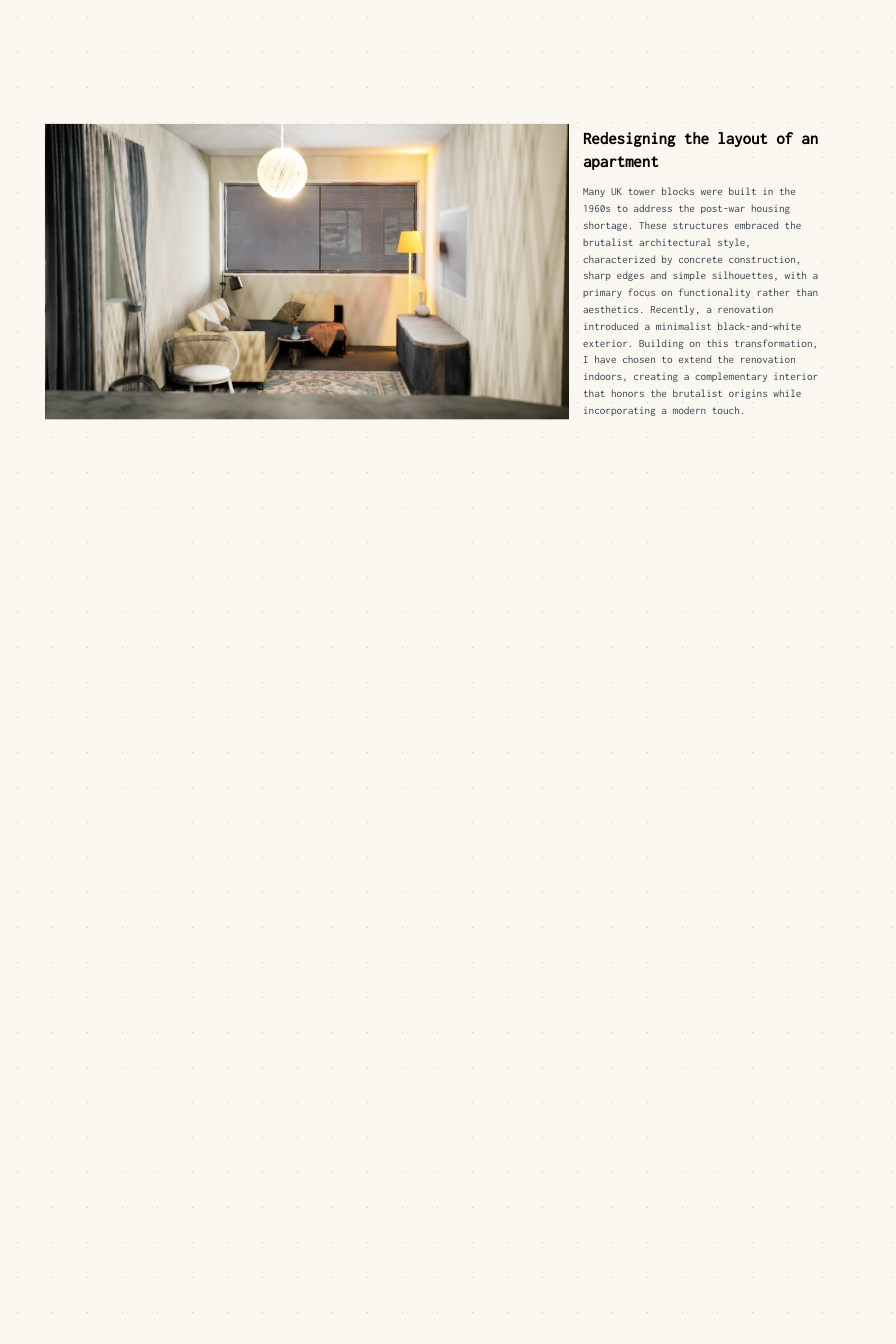
Repository: BBRRE/Portfolio-V2
Page: /#/Architecture
These files come from the project's save history. The page is drawn as it stood at one moment and after the next save; the edit follows.
The browser window is 1280 px wide. The pictures show the part of the page from y = 0 to 1920 px (the page is 8069 px tall before and 4338 px after), at 70% of full size.
Some web fonts or font styles are not loaded; a fallback is used. The project was rebuilt for these pictures with package versions that can differ from the ones it lists, and the page was loaded fresh each time. Also part of the build but not shown: vite.config.js, src/Subjects/CompSci.jsx, src/Subjects/EEng.jsx, src/Subjects/Other.jsx, src/Projects Overview.jsx, src/HomePage.jsx, src/ErrorBoundary.jsx.

Above is the page before, as saved 2024-11-26 19:17:33.

### index.html
<!doctype html>
<html lang="en">
  <head>
    <meta charset="UTF-8" />
    <link rel="icon" type="image/svg+xml" href="src\assets\letter-bb.svg" />
    <link href="https://fonts.googleapis.com/css2?family=Inconsolata&family=Italiana&family=Hubballi&family=Julius+Sans+One&display=swap" rel="stylesheet">
    <link rel="preconnect" href="https://fonts.googleapis.com" />
<link rel="preconnect" href="https://fonts.gstatic.com" crossorigin />
<link
  rel="stylesheet"
  href="https://fonts.googleapis.com/css2?family=Roboto:wght@300;400;500;700&display=swap"
/>
<link
  rel="stylesheet"
  href="https://fonts.googleapis.com/icon?family=Material+Icons"
/>

    <meta name="viewport" content="width=device-width, initial-scale=1.0" />
    <title>Bilaal Bare</title>
  </head>
  <body>
    <div id="root"></div>
    <script type="module" src="/src/main.jsx"></script>
  </body>
</html>

### src/main.jsx
import React from 'react'
import ReactDOM from 'react-dom/client'
import App from './App'
import ErrorBoundary from './ErrorBoundary'
import './index.css'

ReactDOM.createRoot(document.getElementById('root')).render(
  <React.StrictMode>
    <ErrorBoundary>
      <App />
    </ErrorBoundary>
  </React.StrictMode>
)

### src/App.jsx
import { HashRouter as Router, Routes, Route } from 'react-router-dom';
import Archi from './Subjects/Archi.jsx'
import CompSci from './Subjects/CompSci.jsx'
import EEng from './Subjects/EEng.jsx'
import Other from './Subjects/Other.jsx'
import { HomePage } from './HomePage'
import { useState, useEffect } from 'react'

function App() {
  useEffect(() => {
    console.log('App component mounted')
  }, [])

  return (
    <Router>
        <Routes>
          <Route path="/" element={<HomePage />} />
          <Route path="/Architecture" element={<Archi />} />
          <Route path="/Electronic-Eng" element={<EEng />} />
          <Route path="/Computer-Sci" element={<CompSci />} />
          <Route path="/Other" element={<Other />} />
        </Routes>
    </Router>
  )
}

export default App

### src/index.css
@tailwind base;
@tailwind components;
@tailwind utilities;

@layer utilities {
  .bg-dot-pattern {
    background-image: radial-gradient(circle, rgba(0, 0, 0, 0.2) 1px, transparent 1px);
    background-size: 50px 50px; /* Adjust the spacing here */
  }
}

### src/Subjects/Archi.jsx
import React, { useState, useEffect } from 'react';
import { motion } from "framer-motion";
import archi from "../assets/arch.jpg";
import old from "../assets/Old.jpg";
import newL from "../assets/New.jpg";
import render1 from "../assets/NewLevelSequence.0001.jpeg"
import render2 from "../assets/NewLevelSequence.0002.jpeg"
import render3 from "../assets/NewLevelSequence.0003.jpeg"
import render4 from "../assets/NewLevelSequence.0004.jpeg"
import render5 from "../assets/NewLevelSequence.0005.jpeg"
import kitchen from "../assets/Kitchene.PNG";
import balcony from "../assets/Balconye.PNG";
import bathroom from "../assets/Bathroome.PNG";

const Arcchi = () => {
  const [isExpanded, setIsExpanded] = useState(false);
  const [delayedExpanded, setDelayedExpanded] = useState(false);
  const [isExpanded2, setIsExpanded2] = useState(false);
  const [delayedExpanded2, setDelayedExpanded2] = useState(false);

  useEffect(() => {
    let timer;
    if (isExpanded) {setDelayedExpanded(true)
    } else {
      timer = setTimeout(() => setDelayedExpanded(false), 1000);
    }
    return () => clearTimeout(timer);
  }, [isExpanded]);

  useEffect(() => {
    let timer;
    if (isExpanded2) {setDelayedExpanded2(true)
    } else {
      timer = setTimeout(() => setDelayedExpanded2(false), 1000);
    }
    return () => clearTimeout(timer);
  }, [isExpanded2]);

  const containerVariants = {
    hidden: {
      y: -100,
      opacity: 0
    },
    visible: {
      y: 0,
      opacity: 1,
      transition: {
        type: "spring",
        damping: 20,
        stiffness: 100,
        duration: 1
      }
    }
  };
  // Separate variants for mobile and desktop
  const imageVariants = {
    initial: {
      width: '65%',
      x: 0,
      transition: { duration: 2 }
    },
    expanded: {
      width: '100%',
      x: 0,
      transition: { duration: 2 }
    }
  };

  // Desktop-specific variants
  const desktopImageVariants = {
    initial: {
      width: '65%',
      x: 0,
      transition: { duration: 2 }
    },
    expanded: {
      width: '100%',
      x: '15%',
      transition: { duration: 2 }
    }
  };

  const textVariants = {
    initial: { opacity: 1, y: 0 },
    fading: { opacity: 0, transition: { duration: 0.5 } },
    appearing: { opacity: 1, y: '-50%', transition: { duration: 0.5 } }
  };

  return (
    <div className='bg-[#F9F7F0] bg-dot-pattern flex flex-col gap-14'>
    <div className={` font-inconsolata w-full overflow-hidden `}>
      <motion.div
        className="flex flex-col pt-[60px] md:pt-[100px] gap-4 md:gap-8 w-full"
        initial="hidden"
        animate="visible"
        variants={containerVariants}
      >
        <div className="flex w-full mx-auto max-w-[1200px] flex-col px-4 md:px-6">
          {/* Initial hero section */}
          <div
            className="flex flex-col md:flex-row w-full mx-auto max-w-[1200px] h-[60vh] md:h-[80vh] cursor-pointer relative z-10"
            onClick={() => setIsExpanded(!isExpanded)}
          >
            {/* Mobile Image */}

            <motion.img
              className="object-contain rounded-sm z-10 mx-auto md:hidden"
              src={render1}
              initial="initial"
              animate={isExpanded ? "expanded" : "initial"}
              variants={imageVariants}
            />

            {/* Desktop Image */}
            <motion.img
              className="hidden md:block object-contain rounded-sm z-10"
              src={render1}
              initial="initial"
              animate={isExpanded ? "expanded" : "initial"}
              variants={desktopImageVariants}
            />

            <motion.div
              className="w-full md:w-1/3 p-4 md:pl-[20px] md:pt-[20px] my-auto"
              initial="initial"
              animate={isExpanded ? "fading" : "initial"}
              variants={textVariants}
            >
              <h1 className="text-xl md:text-2xl font-semibold mb-4">Redesigning the layout of an apartment</h1>
              <p className="text-gray-700 leading-relaxed text-sm md:text-base z-10">
              Many UK tower blocks were built in the 1960s to address the post-war housing shortage. These structures embraced the brutalist architectural style, characterized by concrete construction, sharp edges and simple silhouettes,
               with a primary focus on functionality rather than aesthetics. Recently, a renovation introduced a minimalist black-and-white exterior. Building on this transformation, I have chosen to extend the renovation indoors,
                creating a complementary interior that honors the brutalist origins while incorporating a modern touch.
              </p>
            </motion.div>
          </div>

          {/* Expanded grid section */}
          <motion.div
            className={`w-full max-w-[1200px] mx-auto transition-all duration-1000 ease-in-out
              ${isExpanded ? 'opacity-100 mt-[-200px] md:mt-8' : 'opacity-0 mt-[-400px]'}
              `}
          >
            <div className="grid grid-cols-1 md:grid-cols-2 gap-8 md:gap-16 p-4 md:p-8 justify-center">
              {/* Balcony Section */}
              <div className="flex flex-col space-y-4 md:space-y-6">
              <img
                  src={balcony}
                  alt="Balcony view"
                  className="w-full max-w-[400px] h-auto object-cover rounded-lg shadow-lg mx-auto"
                />
                <img
                  src={render5}
                  alt="Balcony view"
                  className="w-full max-w-[400px] h-auto object-cover rounded-lg shadow-lg mx-auto"
                />
                <div className="space-y-2 md:space-y-4 px-4 md:px-0">
                  <h2 className="text-lg md:text-xl font-semibold">Balcony Transformation</h2>
                  <p className="text-gray-700 leading-relaxed text-sm md:text-base">
                  What appeared to be a balcony was actually an awkward space connecting the main bedroom to the living room.
                   Despite not protruding from the building's facade, this area had defaulted to storage use. By removing this space,
                    I was able to expand the smaller bedrooms and provide them with direct access to exterior windows. The responsibility of storage would be removed from balcony and distrabuted accross the home
                     requiring alternative storage solutions to be disscused later.
                  </p>
                </div>
              </div>

              {/* Kitchen Section */}
              <div className="flex flex-col space-y-4 md:space-y-6 md:mt-[200px]">
                <img
                  src={kitchen}
                  alt="Balcony view"
                  className="w-full max-w-[400px] h-auto object-cover rounded-lg shadow-lg mx-auto"
                />
                <img
                  src={render2}
                  alt="Kitchen design"
                  className="w-full max-w-[400px] h-auto object-cover rounded-lg shadow-lg mx-auto"
                />
                <div className="space-y-2 md:space-y-4 px-4 md:px-0">
                  <h2 className="text-lg md:text-xl font-semibold">Modern Kitchen Design</h2>
                  <p className="text-gray-700 leading-relaxed text-sm md:text-base">
                    The kitchen was and small narrow with one small window, and despite it's size it was being used as also being used as a laundry
                    room. I decided to expand the kitchen out into the living room and incorporate a large window to not only help with ventilation but
                    to bring some natural light giving a more enjoyable cooking experience. I also removed many small storage rooms in the kitchen and repurposed
                    it into one large laundry / storage room. This alleviates some stress off the kitchen, and as the door is angled away from the kitchen you wouldn't be
                     interupted while baking. The larger laundry / storage room would act as the central storage and as each bedroom is now larger, there would be
                     space for separated storage within each room.
                  </p>
                </div>
              </div>

              {/* Bathroom Section */}
              <div className="flex flex-col space-y-4 md:space-y-6 md:my-[-300px]">
              <img
                  src={bathroom}
                  alt="Balcony view"
                  className="w-full max-w-[400px] h-auto object-cover rounded-lg shadow-lg mx-auto"
                />
                <img
                  src={render3}
                  alt="Bathroom design"
                  className="w-full max-w-[400px] h-auto object-cover rounded-lg shadow-lg mx-auto"
                />
                <div className="space-y-2 md:space-y-4 px-4 md:px-0">
                  <h2 className="text-lg md:text-xl font-semibold">Luxurious Bathroom</h2>
                  <p className="text-gray-700 leading-relaxed text-sm md:text-base">
                    The bathroom was 2 seperate small rooms, while it came with it's advantages, could be used in parralell, it also had many disadvantages, including the small size.
                     A combined washroom gives you a larger space and with the additional
                    divider it would provide the benifit of seperating the toilet from the bathroom. Within the neighberhood this tower block
                    resides, it is very common to have a pair of crocs / flip flops in the bathroom, with the new sliding doors the sandlas can remain
                    at the enterance while you both open and close the door.
                  </p>
                </div>
              </div>

              {/* Floor Plan Section */}
              <div className="flex flex-col space-y-4 md:space-y-6">
                <div className="h-auto md:h-auto bg-white rounded-lg shadow-lg p-4 md:p-6 md:mt-[450px]">
                  <h2 className="text-lg md:text-xl font-semibold mb-2 md:mb-4">Floor Plans & Technical Details</h2>
                  <p className="text-gray-700 leading-relaxed text-sm md:text-base ">
                  Built in the 1960s, this tower block features a typical construction style of its era: load-bearing exterior
                  walls and central columns, with non-load-bearing interior walls. This structural arrangement provided complete freedom
                  in redesigning the interior layout to meet modern living standards. Both the old and renovated floor plan, created in AutoCAD, is shown below.
                  </p>
                </div>
              </div>

              {/* Final Image */}
              <img
                src={old}
                className="col-span-1 md:col-span-2 mt-8 w-full max-w-[1200px] mb-[-50px] mx-auto rounded-lg shadow-lg"
                alt="New Layout"
              />
              <img
                src={newL}
                className="col-span-1 md:col-span-2 mt-8 w-full max-w-[1200px] mb-[100px] mx-auto rounded-lg shadow-lg"
                alt="New Layout"
              />
            </div>
          </motion.div>
        </div>
      </motion.div>
    </div>



    <div className={` font-inconsolata w-full overflow-hidden `}>
      <motion.div
        className="flex flex-col pt-[60px] md:pt-[100px] gap-4 md:gap-8 w-full"
        initial="hidden"
        animate="visible"
        variants={containerVariants}
      >
        <div className="flex w-full mx-auto max-w-[1200px] flex-col px-4 md:px-6">
          {/* Initial hero section */}
          <div
            className="flex flex-col md:flex-row w-full mx-auto max-w-[1200px] h-[60vh] md:h-[80vh] cursor-pointer relative z-10"
            onClick={() => setIsExpanded2(!isExpanded2)}
          >
            {/* Mobile Image */}

            <motion.img
              className="object-contain rounded-sm z-10 mx-auto md:hidden"
              src={render1}
              initial="initial"
              animate={isExpanded2 ? "expanded" : "initial"}
              variants={imageVariants}
            />

            {/* Desktop Image */}
            <motion.img
              className="hidden md:block object-contain rounded-sm z-10"
              src={render1}
              initial="initial"
              animate={isExpanded2 ? "expanded" : "initial"}
              variants={desktopImageVariants}
            />

            <motion.div
              className="w-full md:w-1/3 p-4 md:pl-[20px] md:pt-[20px] my-auto"
              initial="initial"
              animate={isExpanded2 ? "fading" : "initial"}
              variants={textVariants}
            >
              <h1 className="text-xl md:text-2xl font-semibold mb-4">Redesigning the layout of an apartment</h1>
              <p className="text-gray-700 leading-relaxed text-sm md:text-base z-10">
              Many UK tower blocks were built in the 1960s to address the post-war housing shortage. These structures embraced the brutalist architectural style, characterized by concrete construction, sharp edges and simple silhouettes,
               with a primary focus on functionality rather than aesthetics. Recently, a renovation introduced a minimalist black-and-white exterior. Building on this transformation, I have chosen to extend the renovation indoors,
                creating a complementary interior that honors the brutalist origins while incorporating a modern touch.
              </p>
            </motion.div>
          </div>

          {/* Expanded grid section */}
          <motion.div
            className={`w-full max-w-[1200px] mx-auto transition-all duration-1000 ease-in-out
              ${isExpanded2 ? 'opacity-100 mt-[-200px] md:mt-8' : 'opacity-0 mt-[-400px]'}
              `}
          >
            <div className="grid grid-cols-1 md:grid-cols-2 gap-8 md:gap-16 p-4 md:p-8 justify-center">
              {/* Balcony Section */}
              <div className="flex flex-col space-y-4 md:space-y-6">
              <img
                  src={balcony}
                  alt="Balcony view"
                  className="w-full max-w-[400px] h-auto object-cover rounded-lg shadow-lg mx-auto"
                />
                <img
                  src={render5}
                  alt="Balcony view"
                  className="w-full max-w-[400px] h-auto object-cover rounded-lg shadow-lg mx-auto"
                />
                <div className="space-y-2 md:space-y-4 px-4 md:px-0">
                  <h2 className="text-lg md:text-xl font-semibold">Balcony Transformation</h2>
                  <p className="text-gray-700 leading-relaxed text-sm md:text-base">
                  What appeared to be a balcony was actually an awkward space connecting the main bedroom to the living room.
                   Despite not protruding from the building's facade, this area had defaulted to storage use. By removing this space,
                    I was able to expand the smaller bedrooms and provide them with direct access to exterior windows. The responsibility of storage would be removed from balcony and distrabuted accross the home
                     requiring alternative storage solutions to be disscused later.
                  </p>
                </div>
              </div>

              {/* Kitchen Section */}
              <div className="flex flex-col space-y-4 md:space-y-6 md:mt-[200px]">
                <img
                  src={kitchen}
                  alt="Balcony view"
                  className="w-full max-w-[400px] h-auto object-cover rounded-lg shadow-lg mx-auto"
                />
                <img
                  src={render2}
                  alt="Kitchen design"
                  className="w-full max-w-[400px] h-auto object-cover rounded-lg shadow-lg mx-auto"
                />
                <div className="space-y-2 md:space-y-4 px-4 md:px-0">
                  <h2 className="text-lg md:text-xl font-semibold">Modern Kitchen Design</h2>
                  <p className="text-gray-700 leading-relaxed text-sm md:text-base">
                    The kitchen was and small narrow with one small window, and despite it's size it was being used as also being used as a laundry
                    room. I decided to expand the kitchen out into the living room and incorporate a large window to not only help with ventilation but
                    to bring some natural light giving a more enjoyable cooking experience. I also removed many small storage rooms in the kitchen and repurposed
                    it into one large laundry / storage room. This alleviates some stress off the kitchen, and as the door is angled away from the kitchen you wouldn't be
                     interupted while baking. The larger laundry / storage room would act as the central storage and as each bedroom is now larger, there would be
                     space for separated storage within each room.
                  </p>
                </div>
              </div>

              {/* Bathroom Section */}
              <div className="flex flex-col space-y-4 md:space-y-6 md:my-[-300px]">
              <img
                  src={bathroom}
                  alt="Balcony view"
                  className="w-full max-w-[400px] h-auto object-cover rounded-lg shadow-lg mx-auto"
                />
                <img
                  src={render3}
                  alt="Bathroom design"
                  className="w-full max-w-[400px] h-auto object-cover rounded-lg shadow-lg mx-auto"
                />
                <div className="space-y-2 md:space-y-4 px-4 md:px-0">
                  <h2 className="text-lg md:text-xl font-semibold">Luxurious Bathroom</h2>
                  <p className="text-gray-700 leading-relaxed text-sm md:text-base">
                    The bathroom was 2 seperate small rooms, while it came with it's advantages, could be used in parralell, it also had many disadvantages, including the small size.
                     A combined washroom gives you a larger space and with the additional
                    divider it would provide the benifit of seperating the toilet from the bathroom. Within the neighberhood this tower block
                    resides, it is very common to have a pair of crocs / flip flops in the bathroom, with the new sliding doors the sandlas can remain
                    at the enterance while you both open and close the door.
                  </p>
                </div>
              </div>

              {/* Floor Plan Section */}
              <div className="flex flex-col space-y-4 md:space-y-6">
                <div className="h-auto md:h-auto bg-white rounded-lg shadow-lg p-4 md:p-6 md:mt-[450px]">
                  <h2 className="text-lg md:text-xl font-semibold mb-2 md:mb-4">Floor Plans & Technical Details</h2>
                  <p className="text-gray-700 leading-relaxed text-sm md:text-base ">
                  Built in the 1960s, this tower block features a typical construction style of its era: load-bearing exterior
                  walls and central columns, with non-load-bearing interior walls. This structural arrangement provided complete freedom
                  in redesigning the interior layout to meet modern living standards. Both the old and renovated floor plan, created in AutoCAD, is shown below.
                  </p>
                </div>
              </div>

              {/* Final Image */}
              <img
                src={old}
                className="col-span-1 md:col-span-2 mt-8 w-full max-w-[1200px] mb-[-50px] mx-auto rounded-lg shadow-lg"
                alt="New Layout"
              />
              <img
                src={newL}
                className="col-span-1 md:col-span-2 mt-8 w-full max-w-[1200px] mb-[100px] mx-auto rounded-lg shadow-lg"
                alt="New Layout"
              />
            </div>
          </motion.div>
        </div>
      </motion.div>
    </div>
    </div>
  );
};

export default Arcchi;

Loaded but not shown: tailwind.config.js (26 lines, source omitted)

After the next save:
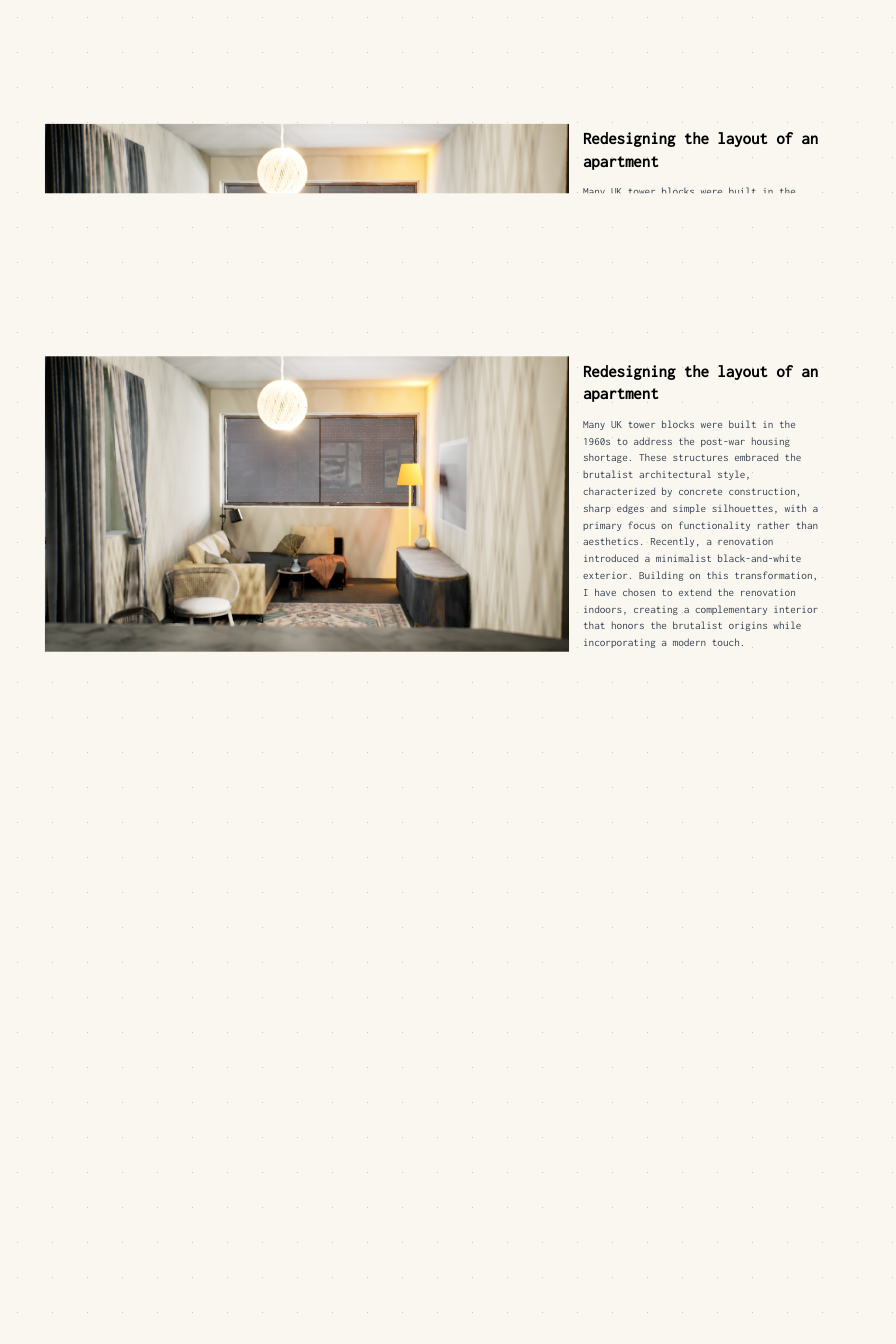
Saved 48 s later.
--- a/src/Subjects/Archi.jsx
+++ b/src/Subjects/Archi.jsx
@@ -137,7 +137,7 @@ const Arcchi = () => {
 
           {/* Expanded grid section */}
           <motion.div
-            className={`w-full max-w-[1200px] mx-auto transition-all duration-1000 ease-in-out
+            className={`w-full max-w-[1200px] mx-auto transition-all duration-1000 ease-in-out  ${isExpanded ? '' : 'h-0'}
               ${isExpanded ? 'opacity-100 mt-[-200px] md:mt-8' : 'opacity-0 mt-[-400px]'}
               `}
           >
